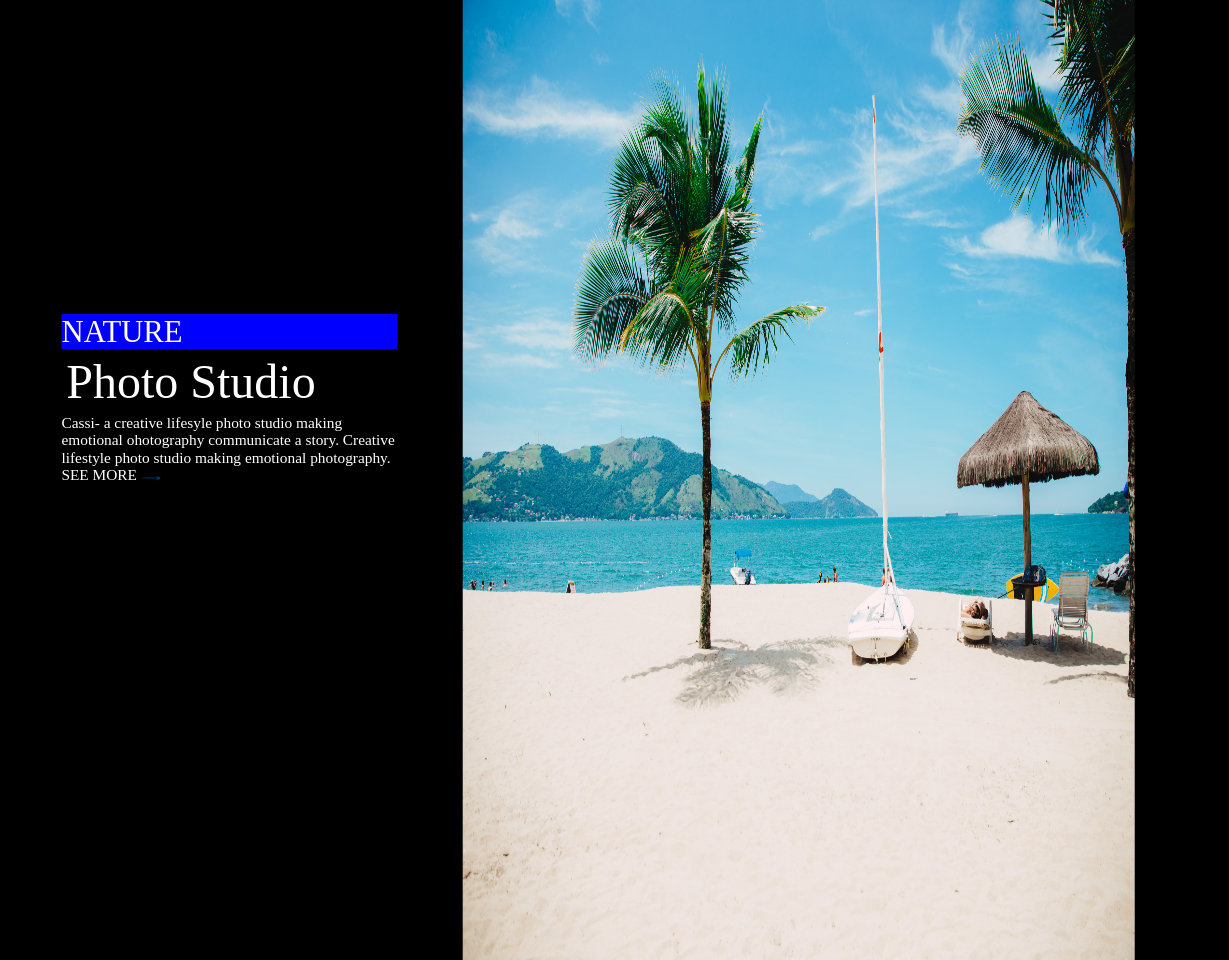
Repository: BRAspeaks/petty-project1
Page: petty project 1.html
These files come from the project's save history. The page is drawn as it stood at one moment and after the next save; the edit follows.
The browser window is 1280 px wide. The pictures show the whole page, at 96% of full size.

Above is the page before, as saved 2022-07-25 15:12:34.

After the next save:
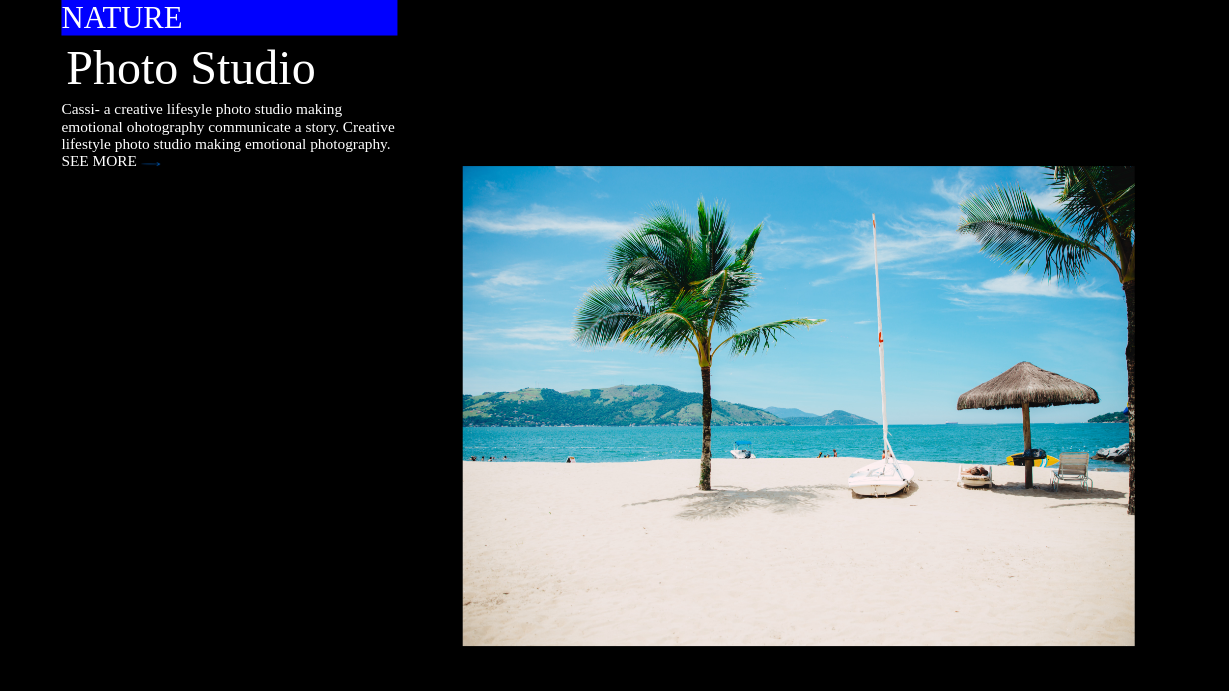
Saved 20 s later.
--- a/pettyproject1.css
+++ b/pettyproject1.css
@@ -38,6 +38,6 @@ body{
 }
 .beach{
     width: 700px;
-    height: 1000px;
+    height: 500px;
     margin-bottom: -500px;
 }
